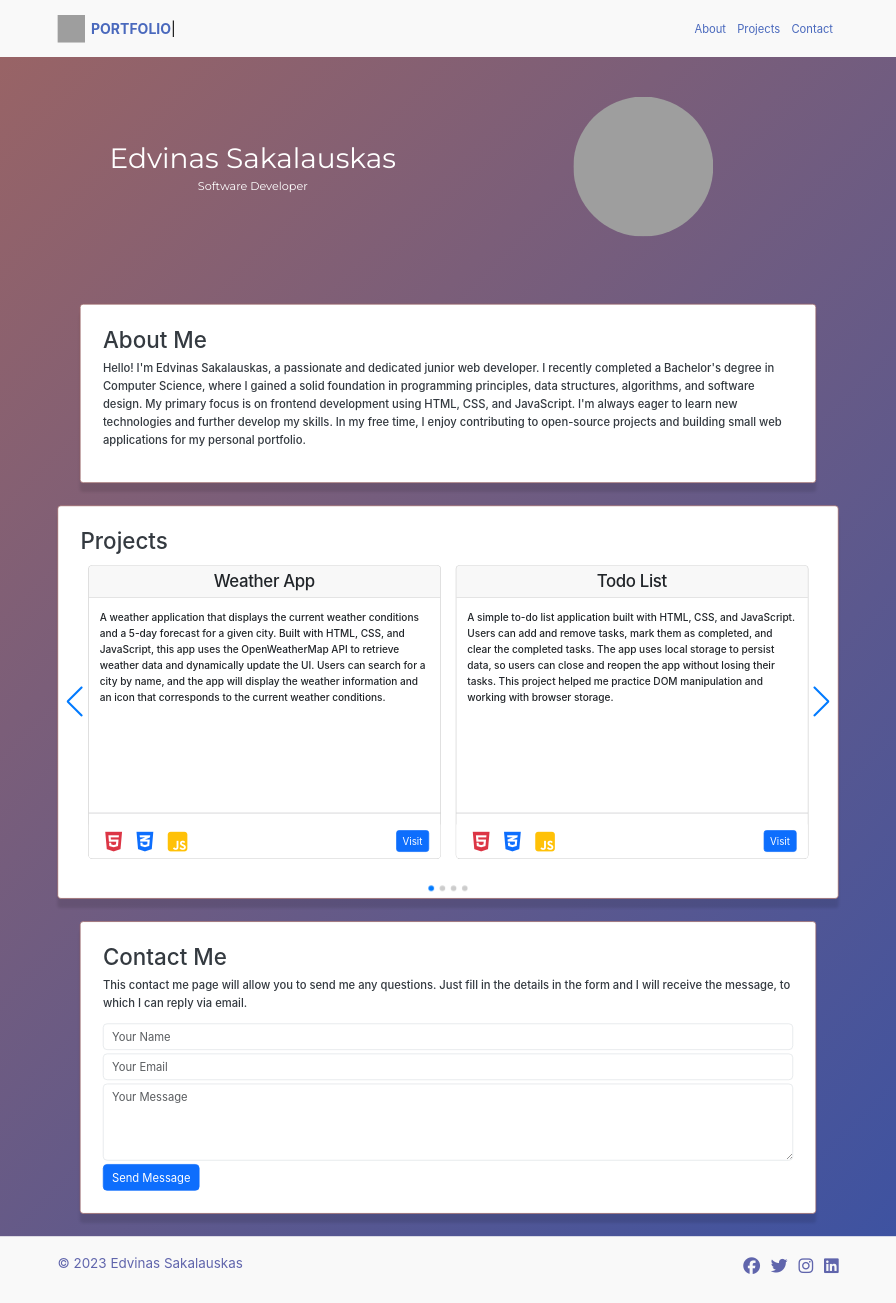
Repository: SakalauskasEdvinas/MyPorfolioWebsite
Page: index.html
These files come from the project's save history. The page is drawn as it stood at one moment and after the next save; the edit follows.
The browser window is 1280 px wide. The pictures show the whole page, at 70% of full size.
Pictures or frames that could not be fetched are drawn as grey boxes. Some web libraries are served in a nearby version.

Above is the page before, as saved 2023-04-17 10:52:12.

### index.html
<!-- Live at  - https://sakalauskasedvinas.github.io/MyPorfolioWebsite/ - work in progress, so something might be not up to date depending on time of visit -->

<!DOCTYPE html>
<html lang="en">
<head>
    <meta charset="UTF-8">
    <meta name="viewport" content="width=device-width, initial-scale=1.0">
    <title>Portfolio Website</title>
    <link href="https://cdn.jsdelivr.net/npm/bootstrap@5.3.0-alpha1/dist/css/bootstrap.min.css" rel="stylesheet">
    <link href="https://fonts.googleapis.com/css2?family=Montserrat:wght@400;700&display=swap" rel="stylesheet">
    <script src="https://cdn.jsdelivr.net/npm/typed.js@2.0.9"></script>
    <script src="https://kit.fontawesome.com/80b08c0510.js" crossorigin="anonymous"></script>
    <link rel="stylesheet" href="https://cdn.jsdelivr.net/npm/swiper@9/swiper-bundle.min.css"/>
    <link rel="stylesheet" href="css/style.css"/>

</head>

<body>
    <nav class="navbar navbar-expand-lg fixed-top py-3" style="background-color: rgba(249, 249, 249);">
        <div class="container">
            <a class="navbar-brand d-flex align-items-center" href="#">
                <img src="https://www.picsum.photos/40/40.jpg" alt="Logo" style="width: 40px; height: 40px; margin-right: 0.5rem;">
                <span style="color: #4a69bd; font-weight: bold;" id="text"></span>
            </a>

            <button class="navbar-toggler" type="button" data-bs-toggle="collapse" data-bs-target="#navbarNav" aria-controls="navbarNav" aria-expanded="false" aria-label="Toggle navigation">
                <span class="navbar-toggler-icon"></span>
            </button>
            <div class="collapse navbar-collapse" id="navbarNav">
                <ul class="navbar-nav ms-auto">
                    <li class="nav-item">
                        <a class="nav-link" href="#about" style="color: #4a69bd;">About</a>
                    </li>
                    <li class="nav-item">
                        <a class="nav-link" href="#projects" style="color: #4a69bd;">Projects</a>
                    </li>
                    <li class="nav-item">
                        <a class="nav-link" href="#contact" style="color: #4a69bd;">Contact</a>
                    </li>
                </ul>
            </div>
        </div>
    </nav>

    <div class="container ">

        <header>
            <div class="container" >
                <div class="row align-items-center">
                    <div class="col-md-6">
                        <h1>Edvinas Sakalauskas</h1>
                        <p>Software Developer</p>
                    </div>
                    <div class="col-md-6">
                        <img src="https://www.picsum.photos/id/1012/200/200.jpg" alt="Your Photo" style="width: 200px; height: 200px; border-radius: 50%; margin-bottom: 1rem;">
                    </div>

                </div>
            </div>
        </header>

        <section id="about" class="fade-in " >
            <h2>About Me</h2>
            <p>Hello! I'm Edvinas Sakalauskas, a passionate and dedicated junior web developer. I recently completed a Bachelor's degree in Computer Science, where I gained a solid foundation in programming principles, data structures, algorithms, and software design. My primary focus is on frontend development using HTML, CSS, and JavaScript. I'm always eager to learn new technologies and further develop my skills. In my free time, I enjoy contributing to open-source projects and building small web applications for my personal portfolio.</p>
        </section>


       <section class="fade-in ">
        <h2>Projects</h2>
        <div class="swiper">


          <div class="swiper-container">
            <div class="swiper-wrapper">
              <div class="swiper-slide">
                <div class="card mb-4">
                    <div class="card-header">
                        <h3 class="card-title mb-0 text-center">Weather App</h3>
                    </div>
                    <div class="card-body">
                        <p class="card-text">A weather application that displays the current weather conditions and a 5-day forecast for a given city. Built with HTML, CSS, and JavaScript, this app uses the OpenWeatherMap API to retrieve weather data and dynamically update the UI. Users can search for a city by name, and the app will display the weather information and an icon that corresponds to the current weather conditions.</p>
                    </div>
                    <hr>
                    <div class="card-footer bg-white border-top-0 d-flex justify-content-between">
                        <div>
                            <i class="fab fa-html5 fa-2x text-danger mx-2"></i>
                            <i class="fab fa-css3-alt fa-2x text-primary mx-2"></i>
                            <i class="fab fa-js-square fa-2x text-warning mx-2"></i>
                        </div>
                        <div>
                            <a href="#" class="btn btn-primary btn-sm">Visit</a>
                        </div>
                    </div>
                </div>
            </div>
                  <div class="swiper-slide">
                    <div class="card mb-4">
                        <div class="card-header">
                            <h3 class="card-title mb-0 text-center">Todo List</h3>
                        </div>
                        <div class="card-body">
                            <p class="card-text">A simple to-do list application built with HTML, CSS, and JavaScript. Users can add and remove tasks, mark them as completed, and clear the completed tasks. The app uses local storage to persist data, so users can close and reopen the app without losing their tasks. This project helped me practice DOM manipulation and working with browser storage.</p>
                        </div>
                        <hr>
                        <div class="card-footer bg-white border-top-0 d-flex justify-content-between">
                            <div>
                                <i class="fab fa-html5 fa-2x text-danger mx-2"></i>
                                <i class="fab fa-css3-alt fa-2x text-primary mx-2"></i>
                                <i class="fab fa-js-square fa-2x text-warning mx-2"></i>
                            </div>
                            <div>
                                <a href="#" class="btn btn-primary btn-sm">Visit</a>
                            </div>
                        </div>
                    </div>
                </div>
                  <div class="swiper-slide">
                    <div class="card mb-4 ">
                      <div class="card-header">
                        <h3 class="card-title mb-0 text-center">Weather App</h3>
                      </div>
                      <div class="card-body">
                        <p class="card-text">A simple weather app built with HTML, CSS, and JavaScript that displays the current weather in a user's location or a location of their choosing. The app uses an API to fetch weather data and displays it with temperature, weather conditions, and a relevant icon. Users can also toggle between Celsius and Fahrenheit temperature units.</p>
                      </div>
                      <hr>
                      <div class="card-footer bg-white border-top-0 d-flex justify-content-between">
                        <div>
                          <i class="fab fa-html5 fa-2x text-danger mx-2"></i>
                          <i class="fab fa-css3-alt fa-2x text-primary mx-2"></i>
                          <i class="fab fa-js-square fa-2x text-warning mx-2"></i>
                        </div>
                        <div>
                          <a href="#" class="btn btn-primary btn-sm">Visit</a>
                        </div>
                      </div>
                    </div>
                  </div>


                <div class="swiper-slide">
                  <div class="card mb-4 ">
                    <div class="card-header">
                      <h3 class="card-title mb-0 text-center">Movie Database</h3>
                    </div>
                    <div class="card-body">
                      <p class="card-text">A web application developed using HTML, CSS, and JavaScript that allows users to search and filter movie data. The app uses an API to fetch movie data and displays it in a user-friendly way with images, ratings, and descriptions. The application is fully responsive and accessible, making it easy for users to find the movie they want on any device.</p>
                    </div>
                    <hr>
                    <div class="card-footer bg-white border-top-0 d-flex justify-content-between">
                      <div>
                        <i class="fab fa-html5 fa-2x text-danger mx-2"></i>
                        <i class="fab fa-css3-alt fa-2x text-primary mx-2"></i>
                        <i class="fab fa-js-square fa-2x text-warning mx-2"></i>
                      </div>
                      <div>
                        <a href="#" class="btn btn-primary btn-sm">Visit</a>
                      </div>
                    </div>
                  </div>
                </div>

            </div>

        </div>

        </div>
                    <div class="swiper-pagination"></div>
                <div class="swiper-button-next"></div>
        <div class="swiper-button-prev"></div>

      </section>






        <section id="contact" class="fade-in" >
            <h2>Contact Me</h2>
            <p>This contact me page will allow you to send me any questions.
               Just fill in the details in the form and I will receive the message, to which I can reply via email.</p>
            <form>
                <input type="text" name="name" class="form-control" placeholder="Your Name" required>
                <input type="email" name="email" class="form-control" placeholder="Your Email" required>
                <textarea name="message" class="form-control" rows="4" placeholder="Your Message" required></textarea>
                <button type="submit" class="btn btn-primary">Send Message</button>
            </form>
        </section>


      </div>
      <footer>
        <div class="container">
          <div class="row">
            <div class="col-md-6">
              <p>&copy; 2023 Edvinas Sakalauskas</p>
            </div>
            <div class="col-md-6">
              <ul class="social-media">
                <li><a href="#"><i class="fab fa-facebook"></i></a></li>
                <li><a href="#"><i class="fab fa-twitter"></i></a></li>
                <li><a href="#"><i class="fab fa-instagram"></i></a></li>
                <li><a href="#"><i class="fab fa-linkedin"></i></a></li>
              </ul>
            </div>
          </div>
        </div>
      </footer>



        <script src="https://code.jquery.com/jquery-3.6.0.min.js"></script>
        <script src="https://cdn.jsdelivr.net/npm/@popperjs/core@2.11.6/dist/umd/popper.min.js"></script>
        <script src="https://cdn.jsdelivr.net/npm/bootstrap@5.3.0-alpha1/dist/js/bootstrap.min.js"></script>
        <script src="https://cdn.jsdelivr.net/npm/swiper@9/swiper-bundle.min.js"></script>
        <script src="js/script.js"></script>


    </body>
    </html>

### css/style.css
*, *::before, *::after {
  box-sizing: border-box;
  margin: 0;
  padding: 0;
}

html {
  scroll-behavior: smooth;
}

body {
  background-image: linear-gradient(135deg, #9b6464 0%, #3b52a3 100%);
  font-family: "Inter",sans-serif;
  color: #343a40;
  line-height: 1;
}

h3 {
  font-size: 24px;
  letter-spacing: -0.5px;
  margin: 0;
}
header {
  font-family: 'Montserrat', sans-serif;
  color: white;
  padding: 3rem 0;
  text-align: center;
  margin-top: 90px;
  /* background-image: linear-gradient(135deg, #9b6464 0%, #3b52a3 100%); */
}

section {
  background-color: white;
  margin: 2rem 2rem;
  padding: 2rem;
  box-shadow: 0 13px 4px rgba(0, 0, 0, 0.1);
  border-radius: 5px;
  position: relative;
  border: 1px solid #9b6464;
}

section:nth-child(3) {
  width: 100%;
  margin: 0;
}

form input {
  margin-bottom: 5px;
}

form button {
  margin-top:5px;
}




section p {
  font-size: 1rem;
  font-weight: 500;

  line-height: 1.6;

}

.card-text {
  font-size: 0.9rem;
}





.card {
  width: 96%;
  height: 420px;
  margin: 5px auto;
}

.left {
  position: absolute;
  top: 50%;
  right: 95.5%;
  font-size: 30px;
}

.right {
  position: absolute;
  top: 50%;
  left: 95.5%;
  font-size: 30px;
}

.fade-in {
  opacity: 0;
  transform: translateX(-20px);
  transition: opacity 1.5s, transform 0.5s;
}

.fade-in.active {
  opacity: 1;
  transform: translateX(0);
}




footer {
   background-color: rgba(249, 249, 249);
  color: #6065ac;
  padding: 30px 0;
  font-size: 1.2rem;
}

.social-media {
  list-style: none;
  padding: 0;
  margin: 0;
  text-align: right;
}

.social-media li {
  display: inline-block;
  margin-left: 10px;
}

.social-media li:first-child {
  margin-left: 0;
}

.social-media a {
  color: #6065ac;
}

.social-media a:hover {
  color: #d3d3d3;
}

.social-media i {
  font-size: 24px;
}

### js/script.js

window.addEventListener("scroll",fade );
window.addEventListener("load",fade );


function fade() {
  const fadeIns = document.querySelectorAll('.fade-in');

  const options = {
    rootMargin: '0px',
    threshold: 0.5
  };

  const observer = new IntersectionObserver(entries => {
    entries.forEach(entry => {
      if (entry.isIntersecting) {
        entry.target.classList.add('active');
      } else {
        entry.target.classList.remove('active');
      }
    });
  }, options);

  fadeIns.forEach(fadeIn => {
    observer.observe(fadeIn);
  });
}


let typed = new Typed('#text', {
strings: ['PORTFOLIO'],
typeSpeed: 20
});



const swiper = new Swiper(".swiper-container", {
  // Optional parameters
  slidesPerView: 2,
  spaceBetween: 0,
  direction: "horizontal",
  loop: true,
  speed:600,
  breakpoints: {
    // when window width is >= 320px
    320: {
     slidesPerView: 1,
     spaceBetween: 0
    },
    480: {
      slidesPerView: 1,
      spaceBetween: 0
     },
    900: {
      slidesPerView: 2,
      spaceBetween: 0
     }

  },
  // If you need pagination
  pagination: {
      el: ".swiper-pagination",
      clickable: true
  },

  // Navigation arrows
  navigation: {
      nextEl: ".swiper-button-next",
      prevEl: ".swiper-button-prev",
  },
});

After the next save:
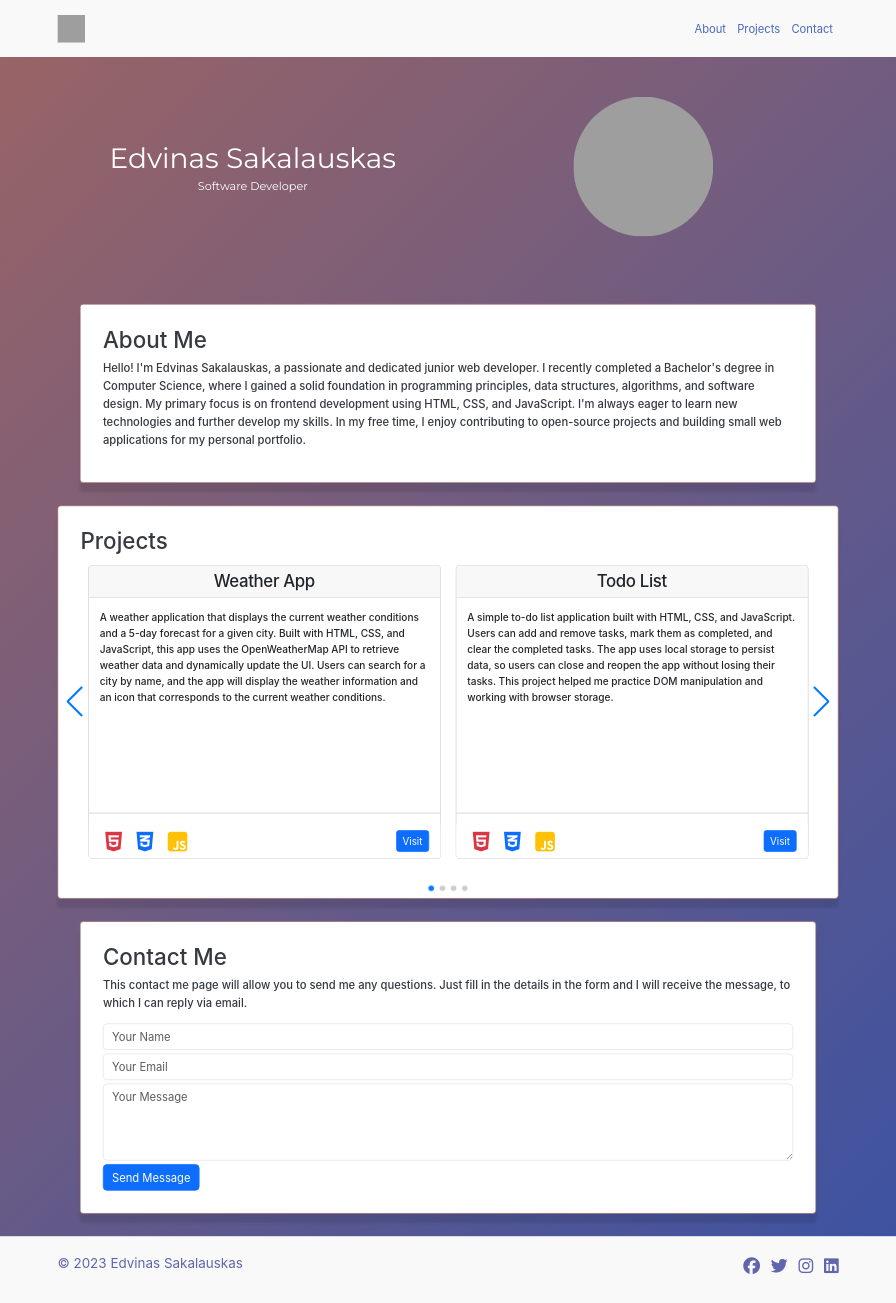
Saved 5 s later.
--- a/js/script.js
+++ b/js/script.js
@@ -27,10 +27,7 @@
 }
 
 
-let typed = new Typed('#text', {
-strings: ['PORTFOLIO'],
-typeSpeed: 20
-});
+
 
 
 

After the save that followed:
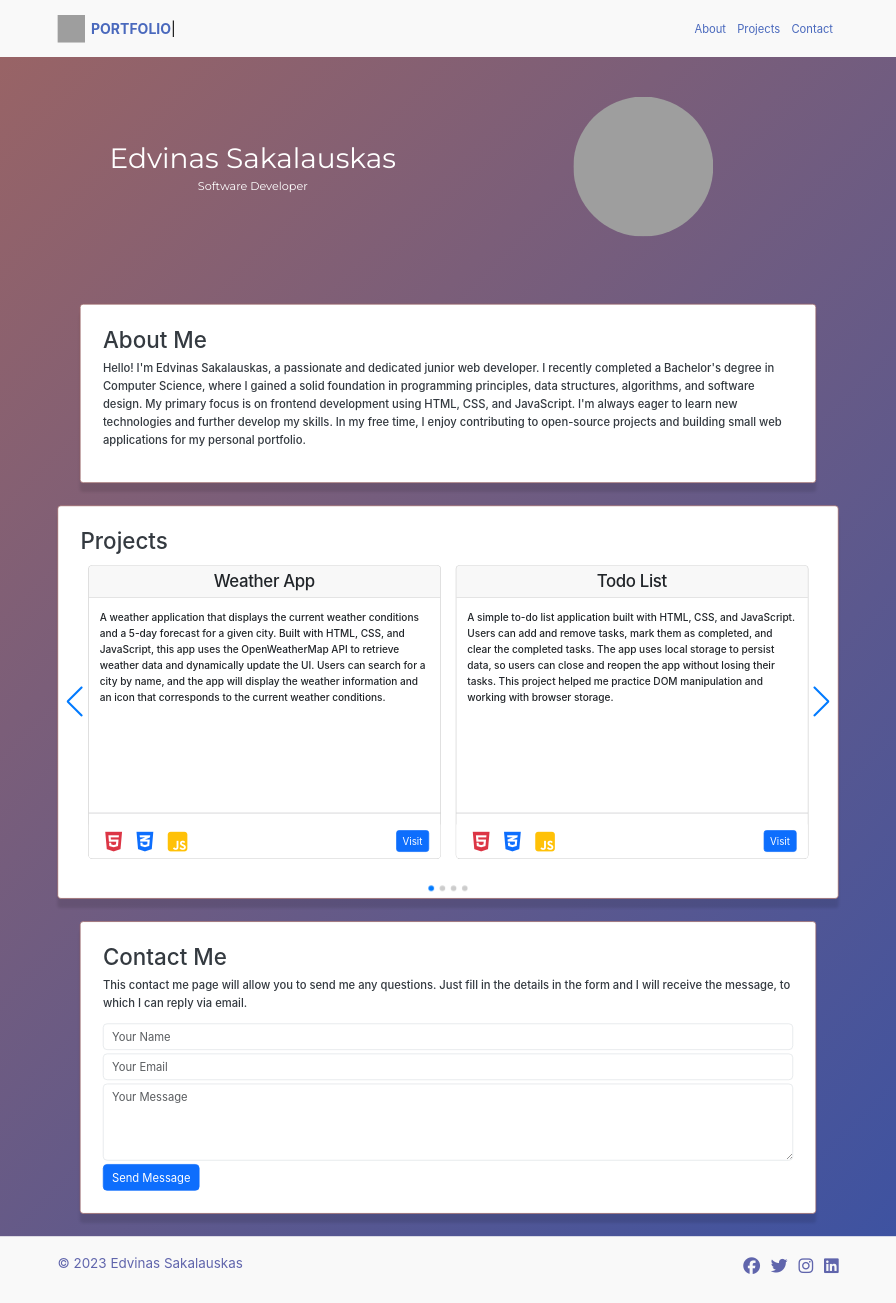
Saved 15 s later.
--- a/js/script.js
+++ b/js/script.js
@@ -27,7 +27,11 @@
 }
 
 
-
+var typed = new Typed('#text', {
+strings: ['PORTFOLIO'],
+typeSpeed: 20,
+cursor:false
+});
 
 
 
